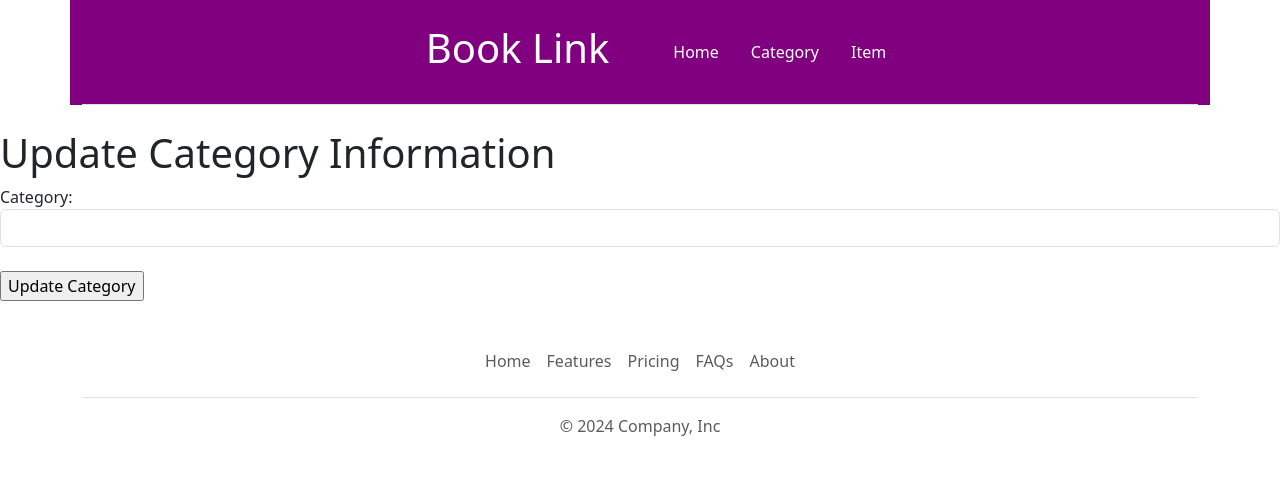
Repository: nyeinsu4520/coursera-test
Page: http://localhost/edit_category
These files come from the project's save history. The page is drawn as it stood at one moment and after the next save; the edit follows.
The browser window is 1280 px wide. The pictures show the whole page.
Some web fonts or font styles are not loaded; a fallback is used. The page is this project's Thymeleaf template; nobody is signed in. The template is opened directly, without the code that normally fills it, so the values that code supplies are empty.

Above is the page before, as saved 2024-05-28 07:22:46.

After the next save:
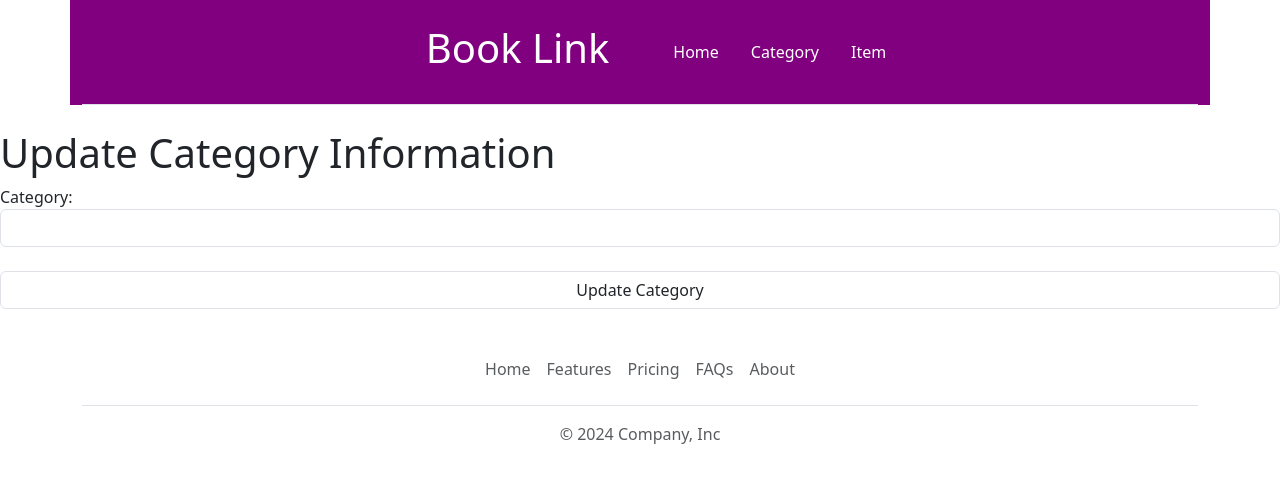
Saved 9 s later.
--- a/BookLink/src/main/resources/templates/edit_category.html
+++ b/BookLink/src/main/resources/templates/edit_category.html
@@ -26,7 +26,7 @@
 	<label>Category:</label>
 	<input class="form-control" type="text" th:field="*{name}">
 	<br>
-	<input type="submit" value="Update Category">
+	<input class="form-control" type="submit" value="Update Category">
 	</form>
 
 
